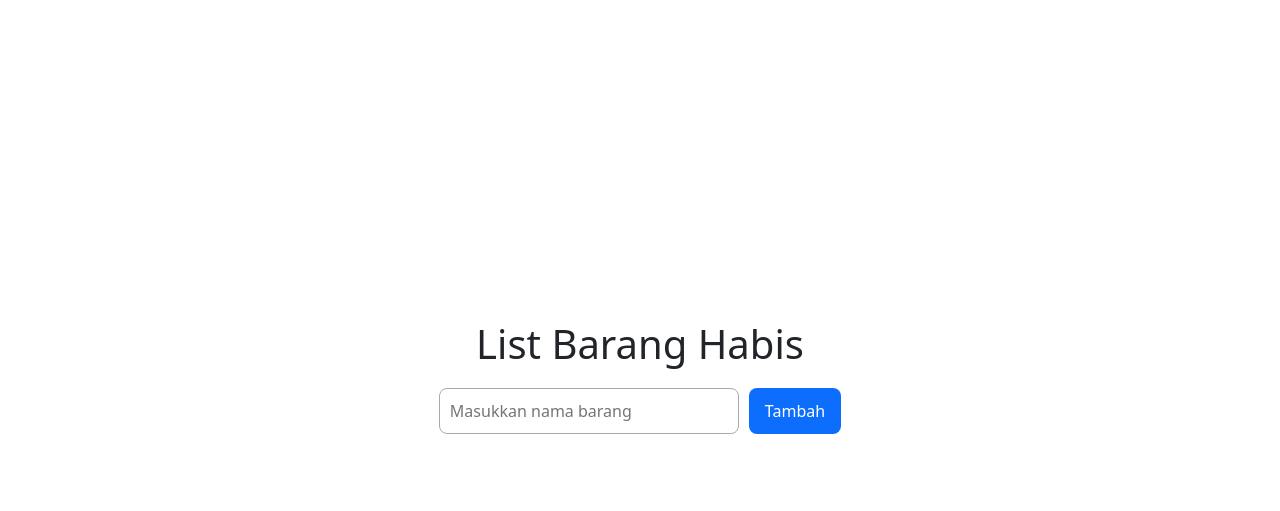
Repository: amorysdeo/dirumah
Page: index.html
An editor plug-in stored every save of this project. The page is shown before and after a run of saves, followed by the edit.
The browser window is 1280 px wide. The pictures show the whole page.

Above is the page before, as saved 2025-11-27 11:59:23.

### index.html
<!DOCTYPE html>
<html lang="en">
<head>
    <meta charset="UTF-8">
    <meta name="viewport" content="width=device-width, initial-scale=1.0">
    <link rel="stylesheet" href="css.css">
    <link href="https://cdn.jsdelivr.net/npm/bootstrap@5.3.3/dist/css/bootstrap.min.css" rel="stylesheet">

    <title>Belanja</title>
</head>
<body>
    <div id="main-box">
        <div id="title">
            <h1>List Barang Habis</h1>
        </div>
        <div id="inputan">
            <input type="text" id="barang" name="barang" placeholder="Masukkan nama barang">
            <button>Tambah</button>
        </div>
    </div>
    <div id="list-box">
        <ul></ul>
    </div>

    <script src="https://cdn.jsdelivr.net/npm/@popperjs/core@2.11.8/dist/umd/popper.min.js"></script>
    <script src="https://cdn.jsdelivr.net/npm/bootstrap@5.3.3/dist/js/bootstrap.min.js"></script>
</body>
</html>

### css.css
body {
    padding-top: 25%;
    margin: 0;
    background-color: #f5f5f5;
}

/* BOX UTAMA */
#main-box {
    /* background-color: aqua; */
    width: 75%;
    max-width: 500px;

    /* INI YANG NENGAHAN KANAN-KIRI */
    margin-left: auto;
    margin-right: auto;

    /* Biar kontennya center */
    text-align: center;
}

/* TITLE */
#title h1 {
    margin-bottom: 20px;
}

/* INPUT + BUTTON */
#inputan {
    display: flex;
    justify-content: center;
    gap: 10px;
}

#inputan input {
    padding: 10px;
    width: 70%;
    max-width: 300px;
    border-radius: 8px;
    border: 1px solid #aaa;
    font-size: 16px;
}

#inputan button {
    padding: 10px 16px;
    border-radius: 8px;
    border: none;
    background-color: #0d6efd;
    color: white;
    font-size: 16px;
    cursor: pointer;
    transition: 0.2s;
}

#inputan button:hover {
    background-color: #0b5ed7;
}

#list-box{

}

After the next 2 saves:
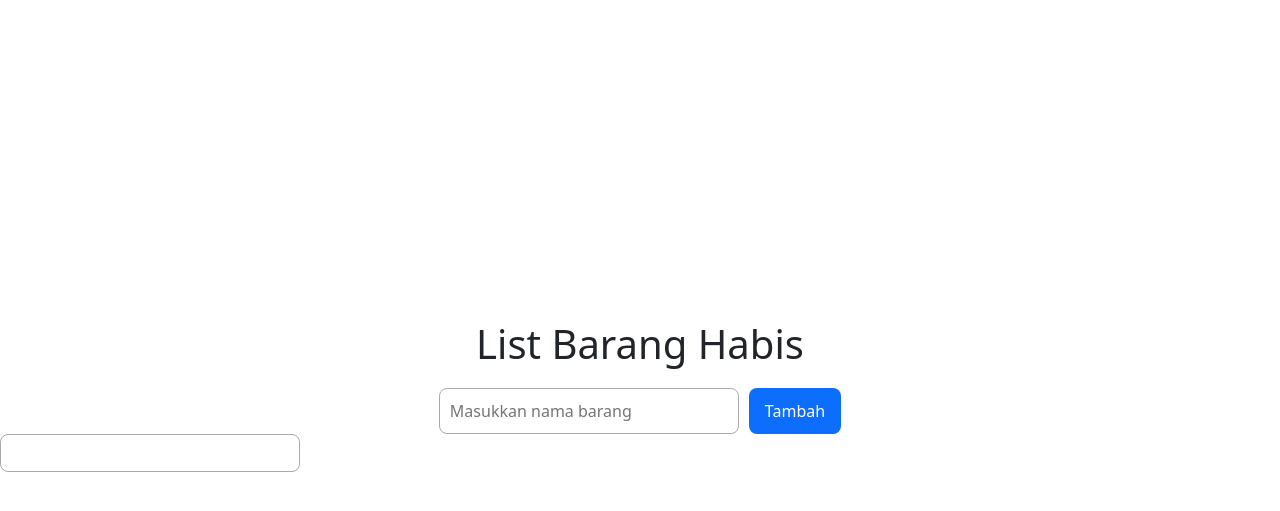
The 2 saves are shown as one change because they came seconds apart.
The last was saved 16 s later.
--- a/css.css
+++ b/css.css
@@ -55,5 +55,9 @@ body {
 }
 
 #list-box{
-
+    padding: 10px;
+    width: 70%;
+    max-width: 300px;
+    border-radius: 8px;
+    border: 1px solid #aaa;
 }
